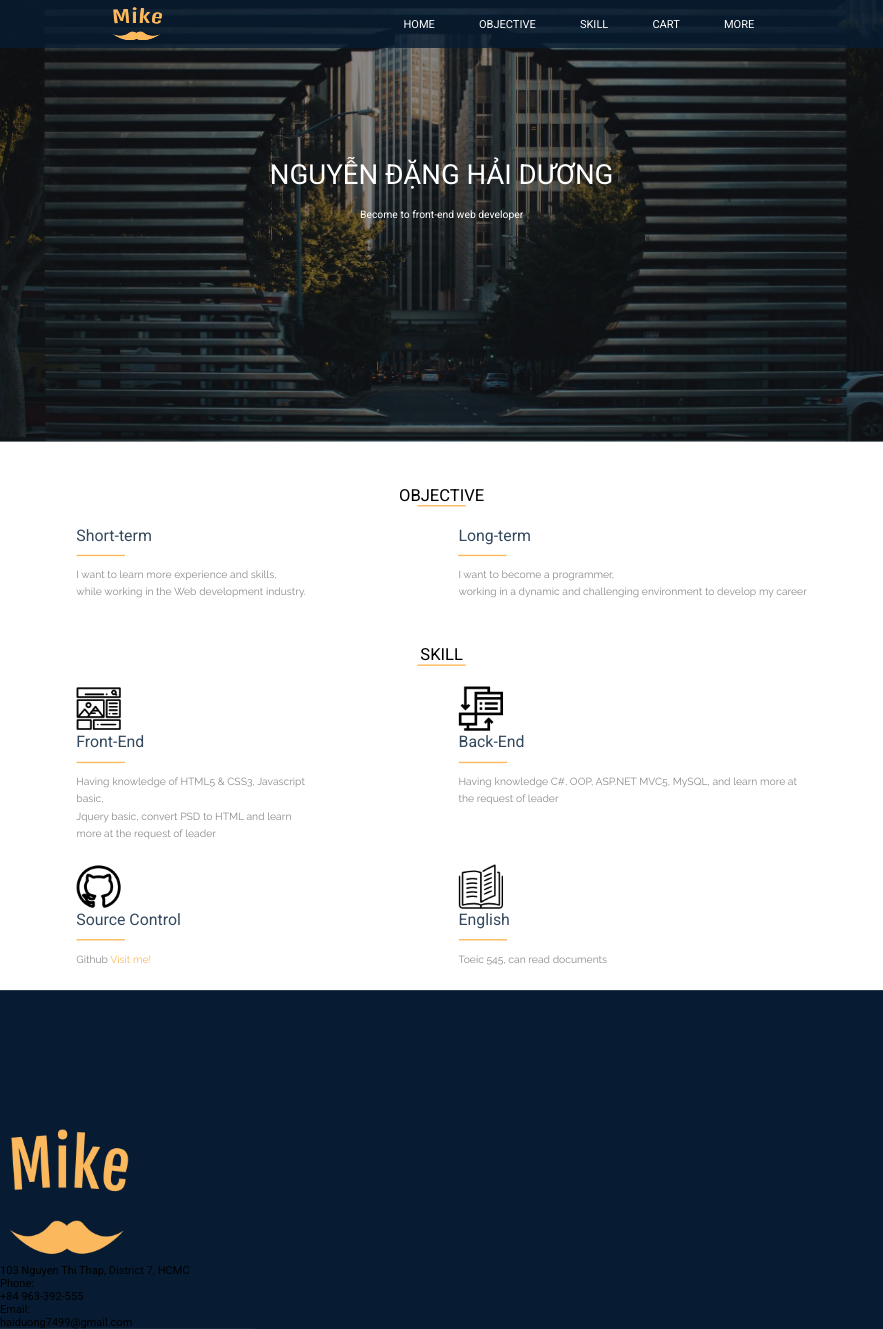
Repository: haiduong7499/Personal-Profile
Page: index.html
The author's editor kept a copy of each file at every save. The page is drawn from the files as they stood at one save, then again after the next save.
The browser window is 1280 px wide. The pictures show the whole page, at 69% of full size.

Above is the page before, as saved 2021-03-02 12:41:59.

After the next save:
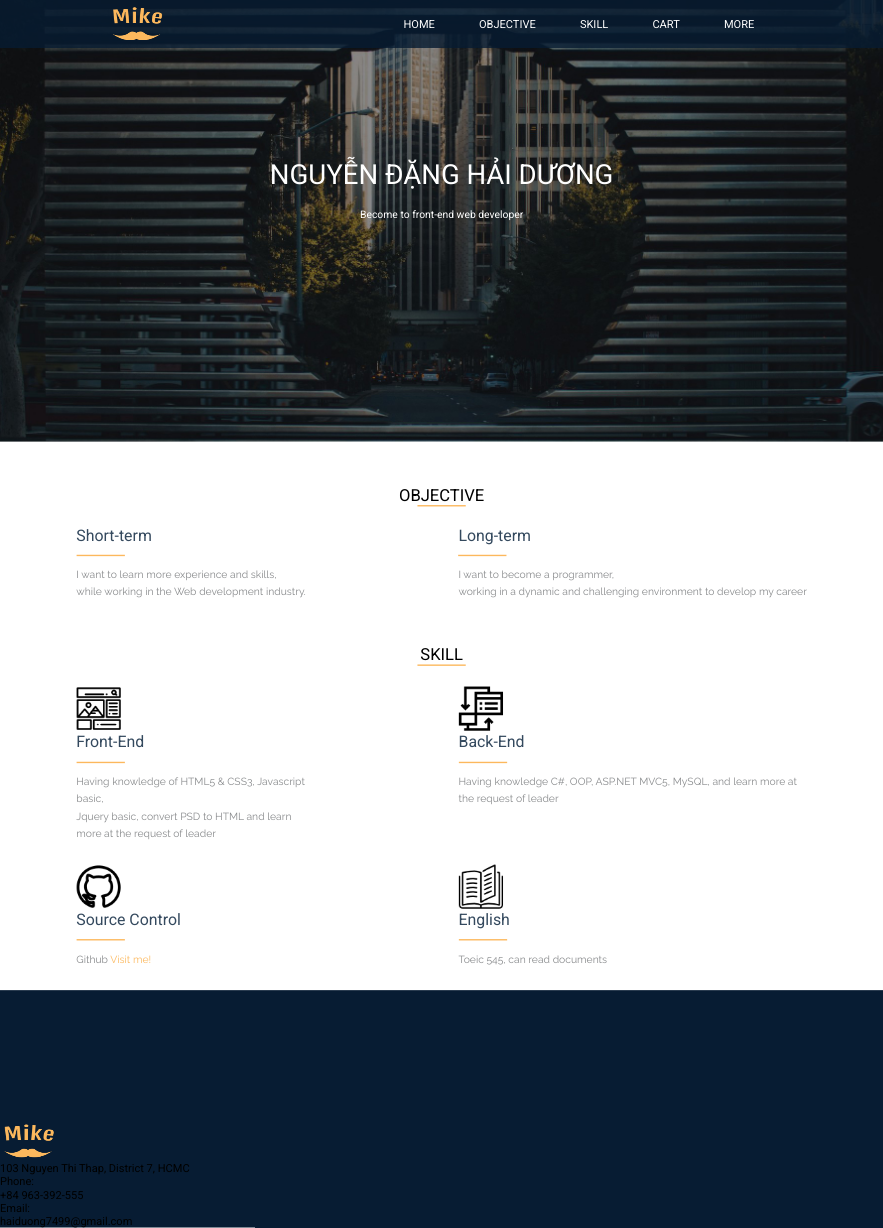
Saved 17 s later.
--- a/index.html
+++ b/index.html
@@ -113,7 +113,7 @@
         <div class="bottom-container">
             <div class="contact-container">
                 <a href="#">
-                    <img src="./asset/5c0eefeb-053e-4086-8d42-7e5a35580c82_200x200.png" alt="">
+                    <img class="logo-img"src="./asset/5c0eefeb-053e-4086-8d42-7e5a35580c82_200x200.png" alt="">
                 </a>
                 <div class="contact-address">
                     <p>
